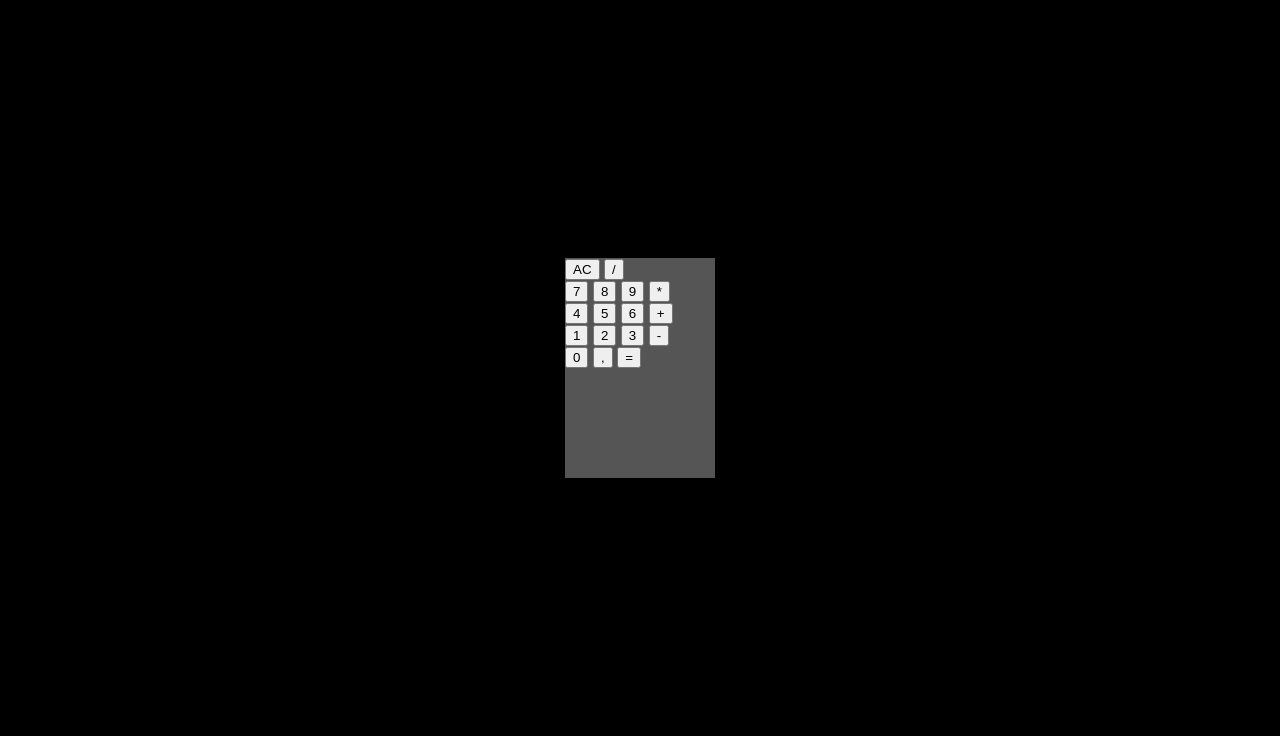
Repository: andersonxoliveira/Aplicacao_Calculadora
Page: /
The author's editor kept a copy of each file at every save. The page is drawn from the files as they stood at one save, then again after the next save.
The browser window is 1280 px wide. The pictures show the whole page.
The project was rebuilt for these pictures with package versions that can differ from the ones it lists, and the page was loaded fresh each time. Also part of the build but not shown: svelte.config.js, vite.config.ts.

Above is the page before, as saved 2022-06-26 18:06:02.

### src/App.svelte
<script lang="ts">
import Calculadora from "./components/Calculadora.svelte";


</script>

<main>
        <Calculadora />
</main>

<style>
:global(body) {
  background-color: black;
}

  :root {
    --cor-fundo: #555 ;
    font-family: -apple-system, BlinkMacSystemFont, 'Segoe UI', Roboto, Oxygen,
      Ubuntu, Cantarell, 'Open Sans', 'Helvetica Neue', sans-serif;
  }

  main {
   display: flex;
   justify-content: center;
   align-items: center;
   height:  100vh;
  }

</style>

### src/components/Calculadora.svelte
<script lang="ts">
import Botao from "./Botao.svelte";
import Linha from "./Linha.svelte";

</script>
<div class="calculadora">
  <Linha >
    <Botao triplo texto="AC"/>
    <Botao texto="/"/>
</Linha>
  <Linha >
             <Botao texto="7"/>
             <Botao texto="8"/>
              <Botao texto="9"/>
              <Botao texto="*"/>
      </Linha>
      <Linha >
        <Botao texto="4"/>
        <Botao texto="5"/>
         <Botao texto="6"/>
         <Botao texto="+"/>
 </Linha>
 <Linha >
  <Botao texto="1"/>
  <Botao texto="2"/>
   <Botao texto="3"/>
   <Botao texto="-"/>
</Linha>
<Linha >
  <Botao duplo texto="0"/>
  <Botao texto=","/>
   <Botao texto="="/>
  </Linha>
</div>

<style>
      .calculadora {
        background-color: var(--cor-fundo);
        height:  220px;
        width:  150px;

        display: flex;
        flex-direction:  column;
      }
</style>

### src/components/Botao.svelte
<script lang="ts">
      export let texto: string
      export let triplo: boolean = false
      export let duplo: boolean = false
      export let operacao: boolean = false
      export let destaque: boolean = false
</script>

<button class= "botao"
class:triplo class:duplo class:operacao class:destaque>
{texto}
</button>

<style>
        .botao {
              flex-basis:  25%;
        }

          .triplo {
            flex-basis:  75%;
          }

          .duplo {
            flex-basis:  50%;
          }

          .operacao {
           background-color: orange;
           color: white;
          }

          .destaque {
            background-color: red;
            color: white;
          }
</style>

### src/components/Linha.svelte
<div class="linha">
        <slot />
</div>

<style>
      .linha {
        display: felx;
      }
</style>

Loaded but not shown: index.html (common file); src/main.ts (common file)

After the next save:
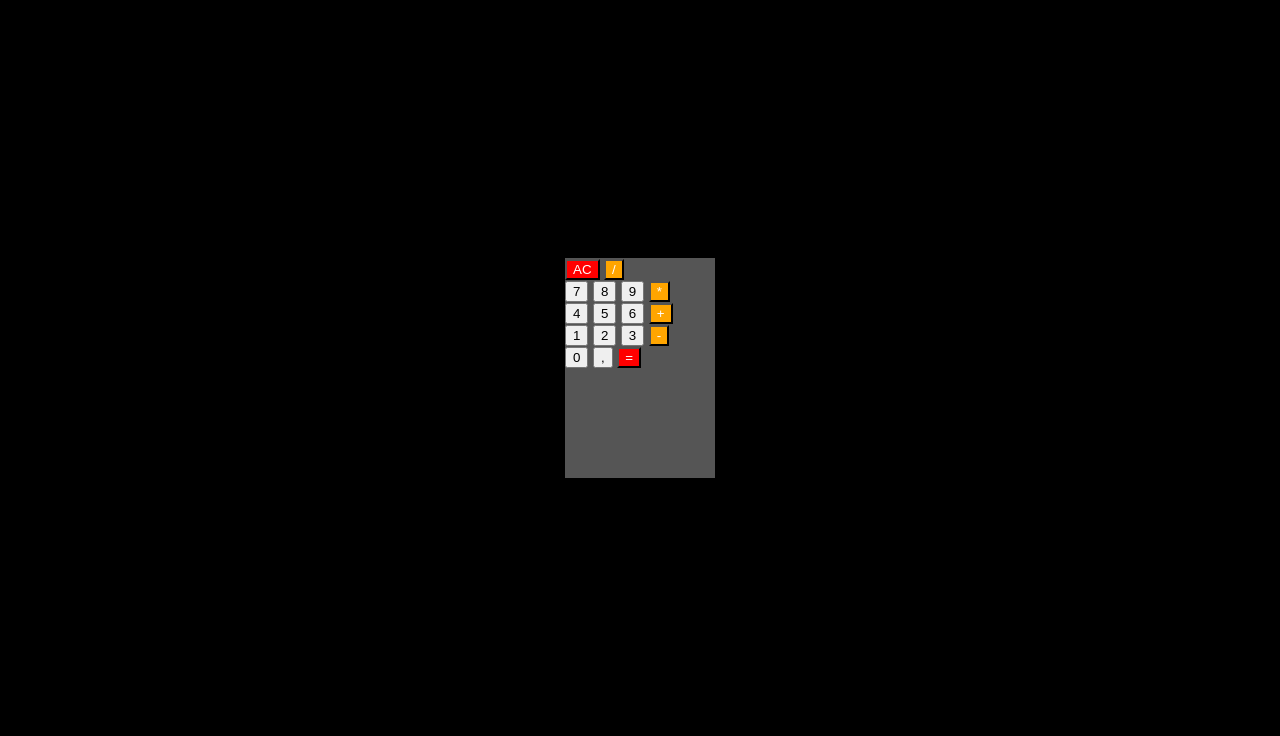
Saved 55 s later.
--- a/src/components/Calculadora.svelte
+++ b/src/components/Calculadora.svelte
@@ -5,31 +5,31 @@ import Linha from "./Linha.svelte";
 </script>
 <div class="calculadora">
   <Linha >
-    <Botao triplo texto="AC"/>
-    <Botao texto="/"/>
+    <Botao destaque triplo texto="AC"/>
+    <Botao operacao texto="/"/>
 </Linha>
   <Linha >
              <Botao texto="7"/>
              <Botao texto="8"/>
               <Botao texto="9"/>
-              <Botao texto="*"/>
+              <Botao operacao texto="*"/>
       </Linha>
       <Linha >
         <Botao texto="4"/>
         <Botao texto="5"/>
          <Botao texto="6"/>
-         <Botao texto="+"/>
+         <Botao operacao texto="+"/>
  </Linha>
  <Linha >
   <Botao texto="1"/>
   <Botao texto="2"/>
    <Botao texto="3"/>
-   <Botao texto="-"/>
+   <Botao operacao texto="-"/>
 </Linha>
 <Linha >
   <Botao duplo texto="0"/>
   <Botao texto=","/>
-   <Botao texto="="/>
+   <Botao destaque texto="="/>
   </Linha>
 </div>
 
